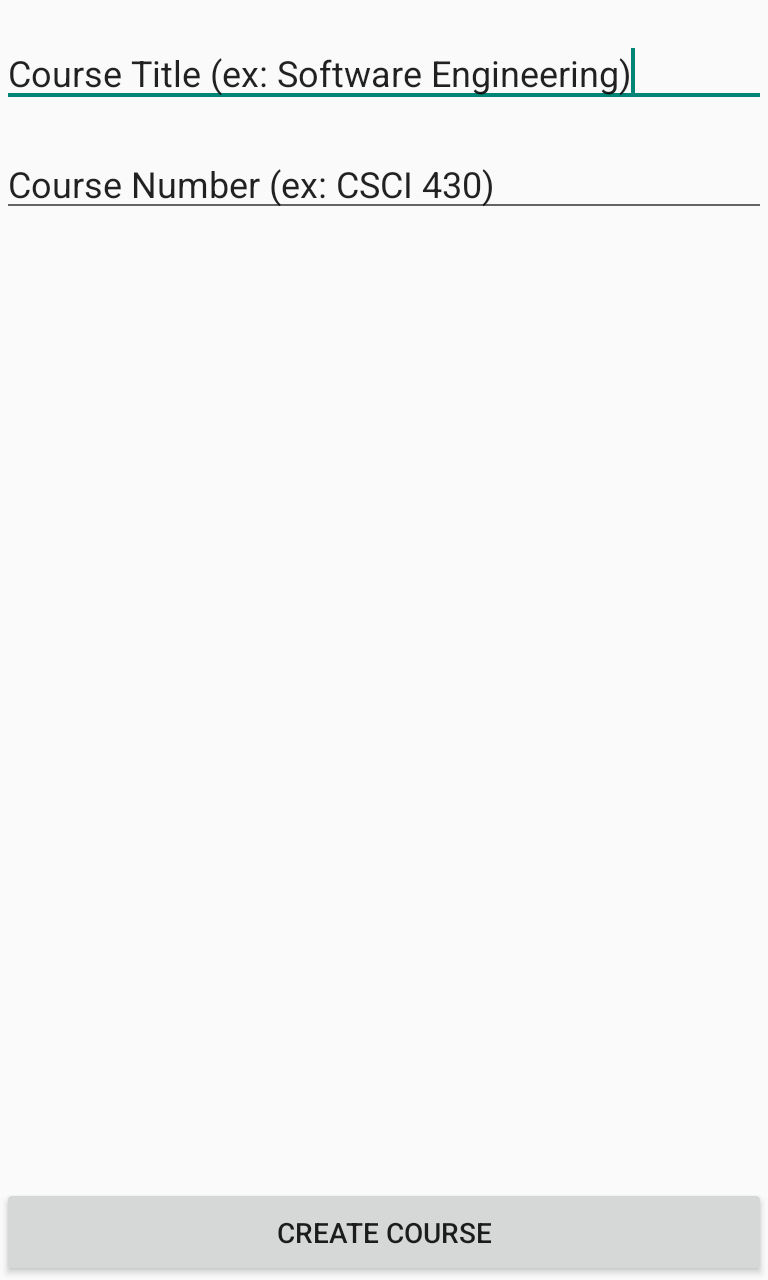
Repository: Jooms/Examples
Layout: CourseManager/res/layout/activity_main.xml
The author's editor kept a copy of each file at every save. The layout is drawn from the files as they stood at one save, then again after the next save.
It is drawn on a 768 x 1280 px phone screen (xhdpi) without system bars, with theme AppTheme; the app's code is not run.

Above is the layout before, as saved 2014-10-05 21:38:04.

### CourseManager/res/layout/activity_main.xml
<RelativeLayout xmlns:android="http://schemas.android.com/apk/res/android"
    xmlns:tools="http://schemas.android.com/tools"
    android:layout_width="match_parent"
    android:layout_height="match_parent"
    tools:context="${relativePackage}.${activityClass}" >

    <EditText
        android:id="@+id/editName"
        android:layout_width="wrap_content"
        android:layout_height="wrap_content"
        android:layout_alignParentLeft="true"
        android:layout_alignParentRight="true"
        android:layout_alignParentTop="true"
        android:layout_marginTop="14dp"
        android:ems="10"
		android:text="Course Title (ex: Software Engineering)" >
        <requestFocus />
    </EditText>

    <EditText
        android:id="@+id/editNumber"
        android:layout_width="wrap_content"
        android:layout_height="wrap_content"
        android:layout_alignLeft="@+id/editName"
        android:layout_alignParentRight="true"
        android:layout_below="@+id/editName"
        android:layout_marginTop="14dp"
        android:ems="10"
        android:text="Course Number (ex: CSCI 430)" />

    <Button
        android:id="@+id/buttonCreate"
        android:layout_width="wrap_content"
        android:layout_height="wrap_content"
        android:layout_alignParentBottom="true"
        android:layout_alignParentLeft="true"
        android:layout_alignParentRight="true"
        android:onClick="buttonCreatePressed"
        android:text="Create Course" />

</RelativeLayout>

Loaded but not shown: CourseManager/res/values/styles.xml (common file); CourseManager/res/values-v11/styles.xml (common file); CourseManager/res/values-v14/styles.xml (common file)

After the next save:
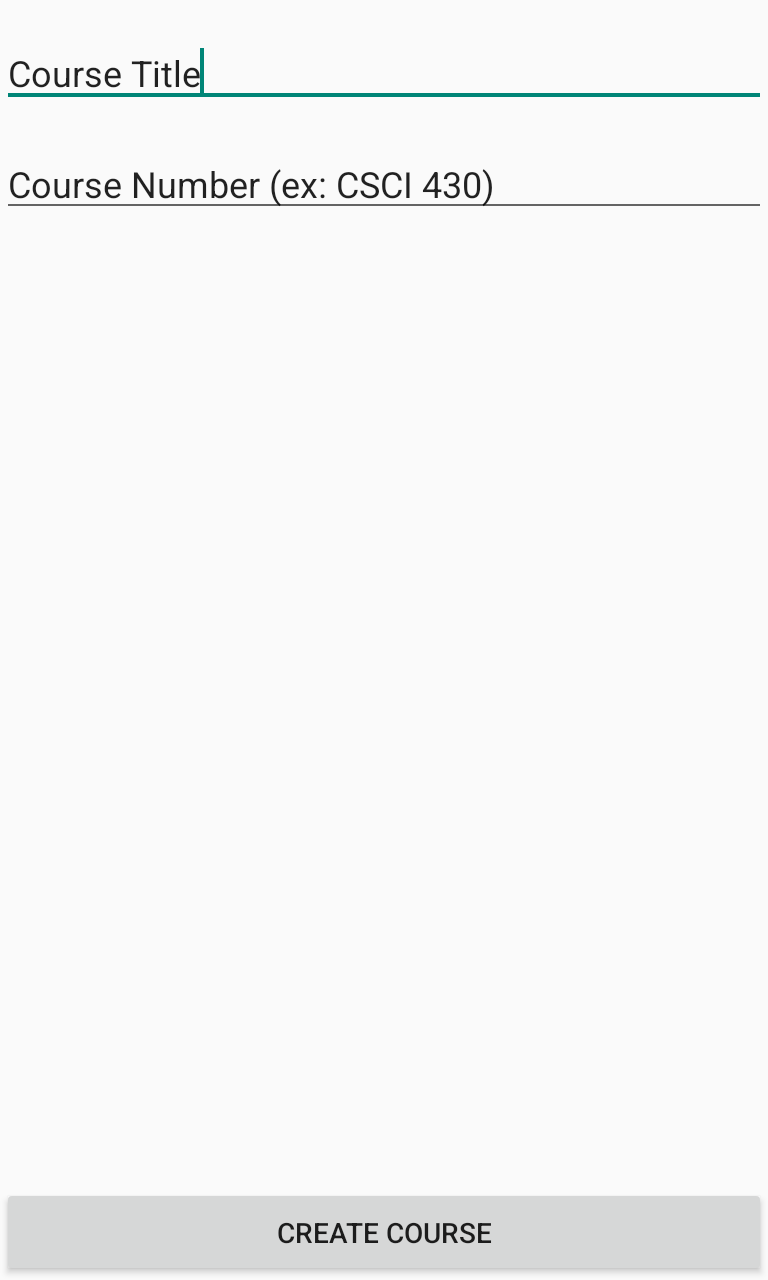
Saved 2 min 29 s later.
--- a/CourseManager/res/layout/activity_main.xml
+++ b/CourseManager/res/layout/activity_main.xml
@@ -13,7 +13,7 @@
         android:layout_alignParentTop="true"
         android:layout_marginTop="14dp"
         android:ems="10"
-		android:text="Course Title (ex: Software Engineering)" >
+		android:text="Course Title" >
         <requestFocus />
     </EditText>
 
